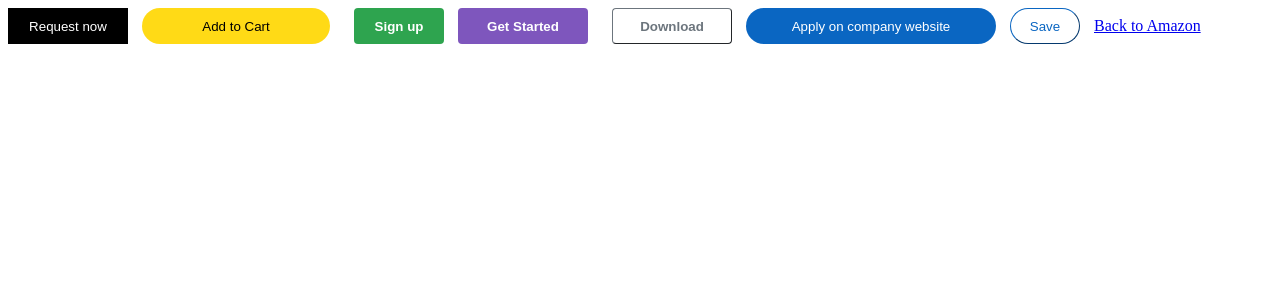
Repository: Kurumilli/Youtube
Page: Exercise3.html
The author's editor kept a copy of each file at every save. The page is drawn from the files as they stood at one save, then again after the next save.
The browser window is 1280 px wide. The pictures show the whole page.

Above is the page before, as saved 2025-01-25 12:48:58.

### Exercise3.html
<html>
    <body>
        <style>
            .uber{
                background-color: black;
                color: white;
                height:36px;
                border: none;
                width: 120px;
                margin-bottom: 100px;
                cursor: pointer;
                margin-right: 10px;
                transition: opacity 0.15s;
            }
            .uber:hover{
                opacity: 0.7;
            }

            .amazon{
                background-color:rgb(255,218,22) ;
                height: 36px;
                width: 188px;
                border: none;
                border-radius: 18px;
                margin-right: 10px;
                cursor: pointer;
                transition: background-color 0.15s;
            }

                .amazon:hover{
                    background-color:rgb(255,210,15) ; ;
                }

                .github{
                    background-color:rgb(46,164,79) ;
                    color: white;
                    height: 36px;
                    width: 90px;
                    border-radius: 4px;
                    margin-left: 10px;
                    cursor: pointer;
                    border:none;
                    font-weight: bold;
                    transition: box-shadow 0.15s;
                }

                .github:hover{
                    box-shadow: 8px 8px 10px rgba(0,0,0,0.15);
                }

                .bootstrap{
                    background-color:  rgb(126, 86, 189);
                    color: white;
                    font-weight: bold;
                    height: 36px;
                    width: 130px;
                    border: none;
                    border-radius: 4px;
                    cursor: pointer;
                    margin-left: 10px;
                    margin-right: 10px;
                    transition: background-color 0.15s;
                }

                .bootstrap:hover{
                    background-color: rgb(121, 82, 179);
                }

                .bootstrap2d{
                    font-weight: bold;
                    height: 36px;
                    width: 120px;
                    color: rgb(108,117,125);
                    background-color: white;
                    border-width: 1px;
                    border-color: rgb(108,117,125);
                    border-radius: 4px;
                    margin-left: 10px;
                    margin-right: 10px;
                    cursor: pointer;
                    transition: background-color, color 0.15s;
                }

                .bootstrap2d:hover{
                    background-color: rgb(108,117,125);
                    color: white;
                }

                .linkedin{
                background-color: rgb(10,102,194);
                color: white;
                height: 36px;
                width: 250px;
                border: none;
                cursor: pointer;
                border-radius: 18px;
                margin-right: 10px;
                transition: background-color 0.15s;
            }

            .linkedin:hover{
                background-color: rgb(5,90,160);
            }

            .linkedin2q{
                background-color: white;
                color:rgb(10,102,194);
                height: 36px;
                width: 70px;
                cursor: pointer;
                border-radius: 18px;
                border-color:rgb(10,102,194) ;
                border-width: 1px;
                margin-right: 10px;
                transition:background-color, border-width, border-color 0.15s
            }

            .linkedin2q:hover{
                 background-color: lightcyan;
                 font-weight: bold;
                 border-width: 2px;
                 border-color: rgb(10,102,194);
            }
             .a:hover{
                color: orange;
             }
         </style>
         <button class="uber">
            Request now
        </button>

        <button class="amazon">
            Add to Cart
        </button>

        <button class="github">
             Sign up
        </button>

        <button class="bootstrap">
            Get Started
        </button>

        <button class="bootstrap2d">
            Download
        </button>

        <button class="linkedin">
            Apply on company website
        </button>

        <button class="linkedin2q">
            Save
        </button>

        <a class="a" href="https://www.amazon.in/?&tag=googhydrabk1-21&ref=pd_sl_5szpgfto9i_e&adgrpid=155259813593&hvpone=&hvptwo=&hvadid=674893540034&hvpos=&hvnetw=g&hvrand=12349396605786975803&hvqmt=e&hvdev=c&hvdvcmdl=&hvlocint=&hvlocphy=9147615&hvtargid=kwd-64107830&hydadcr=14452_2316413&gad_source=1">
            Back to Amazon
        </a>

     </body>
</html>

After the next save:
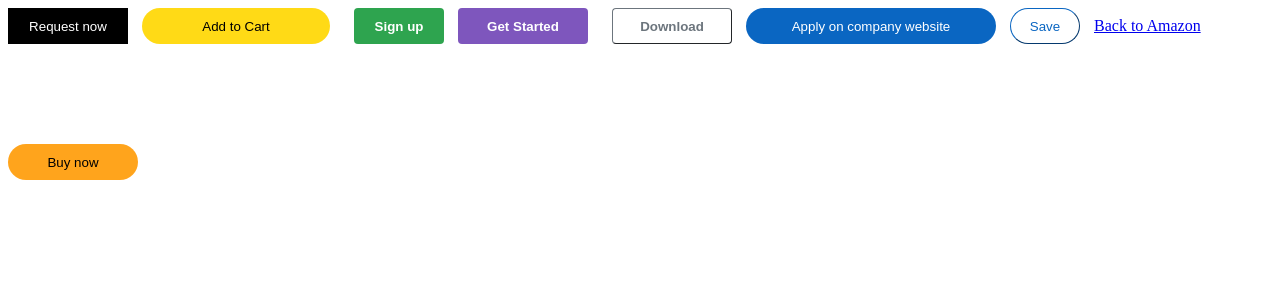
Saved 70 s later.
--- a/Exercise3.html
+++ b/Exercise3.html
@@ -124,6 +124,15 @@
              .a:hover{
                 color: orange;
              }
+
+             .buynow{
+                background-color: rgb(255,164,28);
+                height: 36px;
+                width: 130px;
+                border-radius: 18px;
+                cursor: pointer;
+                border: none;
+             }
          </style>
          <button class="uber">
             Request now
@@ -157,5 +166,8 @@
             Back to Amazon
         </a>
 
+        <button class="buynow">
+            Buy now
+        </button>
      </body>
 </html>
